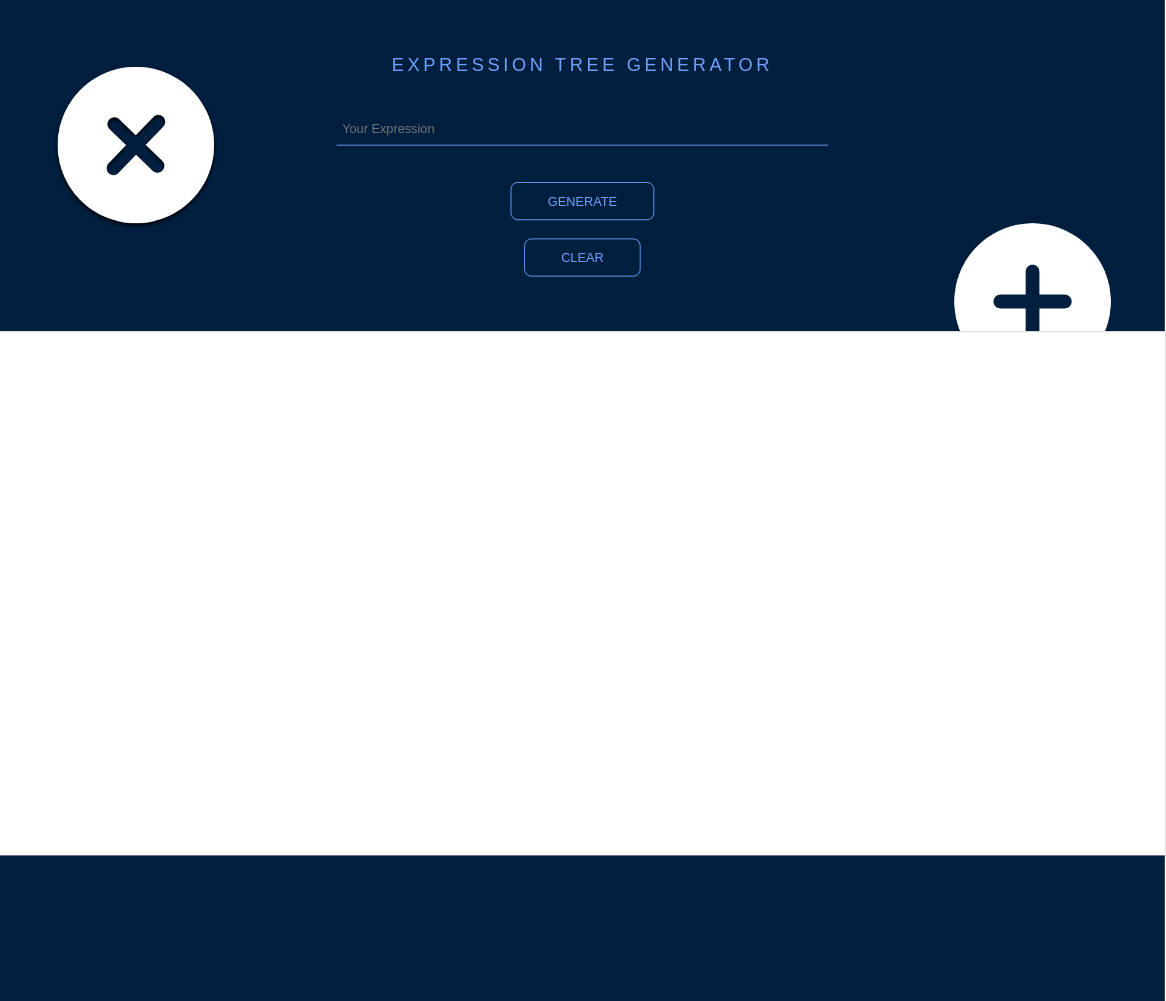
Repository: lnogueir/expression-tree-gen
Page: index.html
These files come from the project's save history. The page is drawn as it stood at one moment and after the next save; the edit follows.
The browser window is 1280 px wide. The page is 1281 px wide, then 1280 px, so the pictures cover 1281 px, including what lies to the right of the window. The pictures show the whole page, at 91% of full size.

Above is the page before, as saved 2020-03-15 19:45:02.

After the next save:
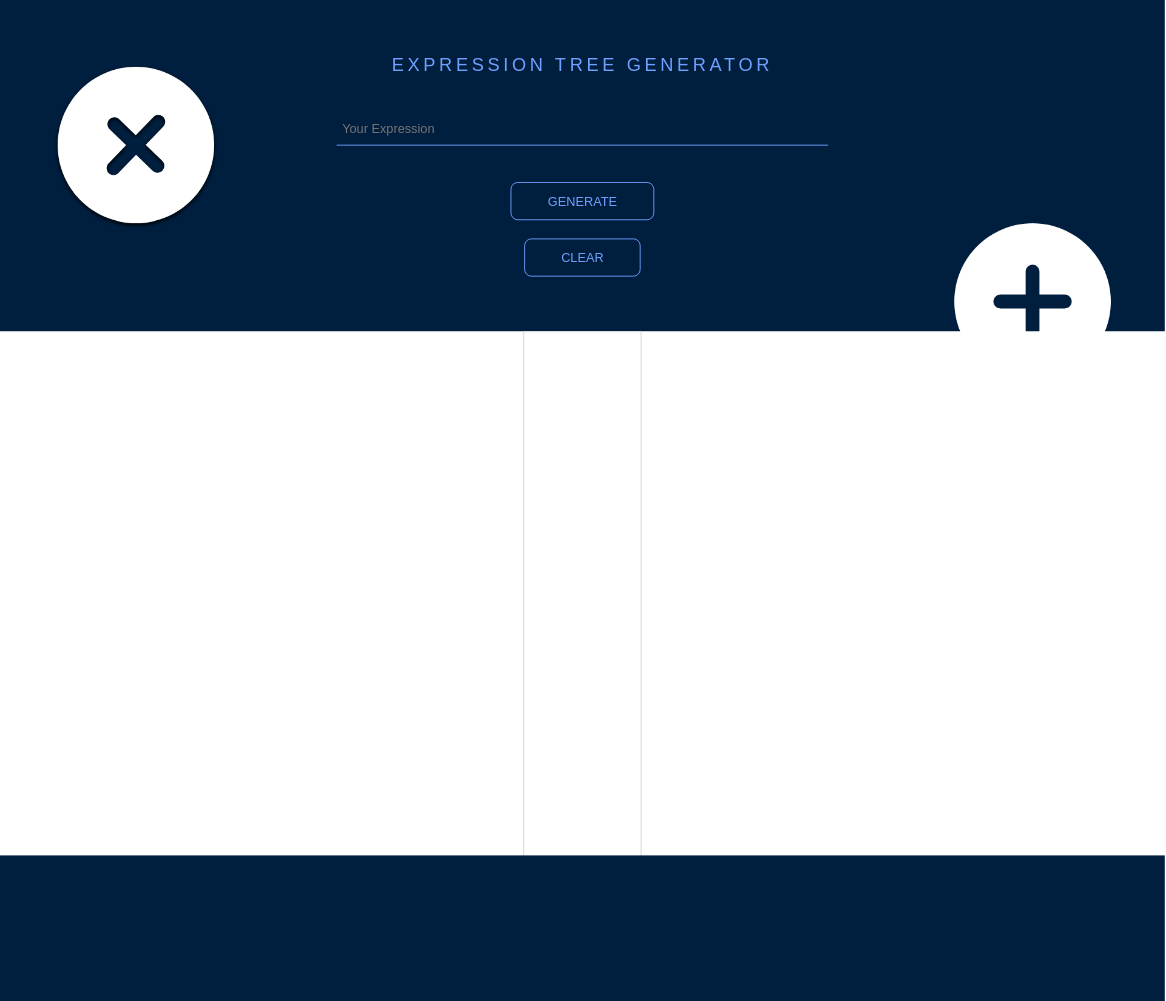
Saved 42 s later.
--- a/app.css
+++ b/app.css
@@ -92,7 +92,7 @@
     align-items: center;
     margin: auto;
     height: 80vh;
-    width: 100vw;
+    width: 10vw;
     max-width: 100vw;
     background: #FFF;
 }
